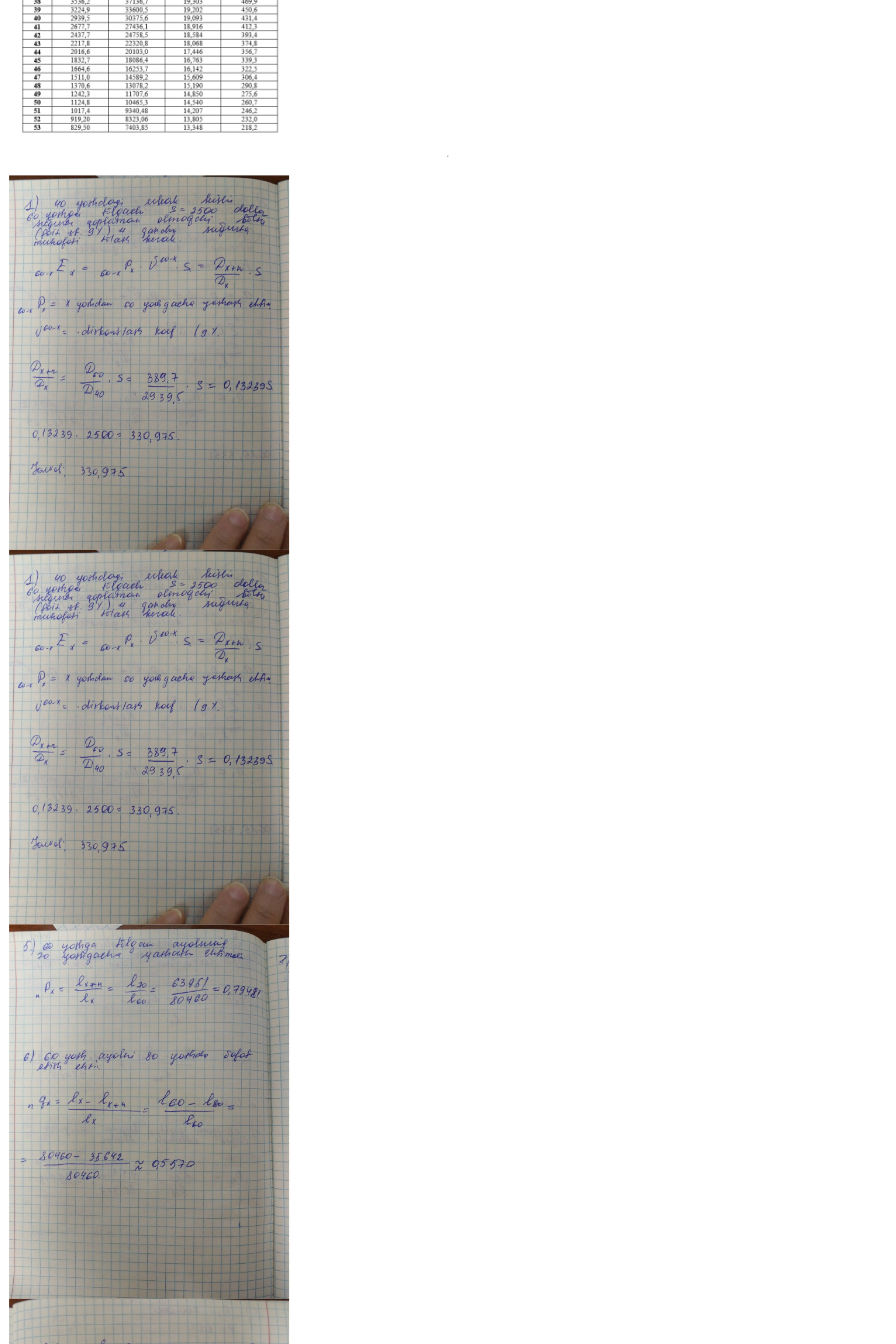
Repository: Ikromkhurozov/exam-inst
Page: index.html
An editor plug-in stored every save of this project. The page is shown before and after the next save, followed by the edit.
The browser window is 1280 px wide. The pictures show the part of the page from y = 1492 to 3412 px (the page is 9245 px tall before and 8728 px after), at 70% of full size.

Above is the page before, as saved 2023-05-26 10:41:00.

### index.html
<!DOCTYPE html>
<html lang="en">
<head>
  <meta charset="UTF-8">
  <meta http-equiv="X-UA-Compatible" content="IE=edge">
  <meta name="viewport" content="width=device-width, initial-scale=1.0">
  <title>Document</title>

  <style>

    body{
      display: flex;
      flex-direction: column;
      padding: 5px;
    }

    img{
      width: 400px;
      height: auto;
    }

  </style>
</head>
<body>

  <img src="/p1.jpg" alt="p1">
  <img src="/p4.jpg" alt="p4">
  <img src="/p2.jpg" alt="p2">
  <img src="/p3.jpg" alt="p3">

  <hr>
  <br>

  <img src="/1.jpg" alt="p1">

  <img src="/1.jpg" alt="p1">
  <img src="/2.jpg" alt="p4">
  <img src="/3.jpg" alt="p2">
  <img src="/4.jpg" alt="p3">
  <img src="/5.jpg" alt="p4">
  <img src="/6.jpg" alt="p2">
  <img src="/7.jpg" alt="p3">
  <img src="/8.jpg" alt="p3">
  <img src="/9.jpg" alt="p3">
  <img src="/10.jpg" alt="p4">
  <img src="/11.jpg" alt="p2">
  <img src="/12.jpg" alt="p3">
  <img src="/13.jpg" alt="p3"




  <script src="./script.js"></script>

</body>
</html>

After the next save:
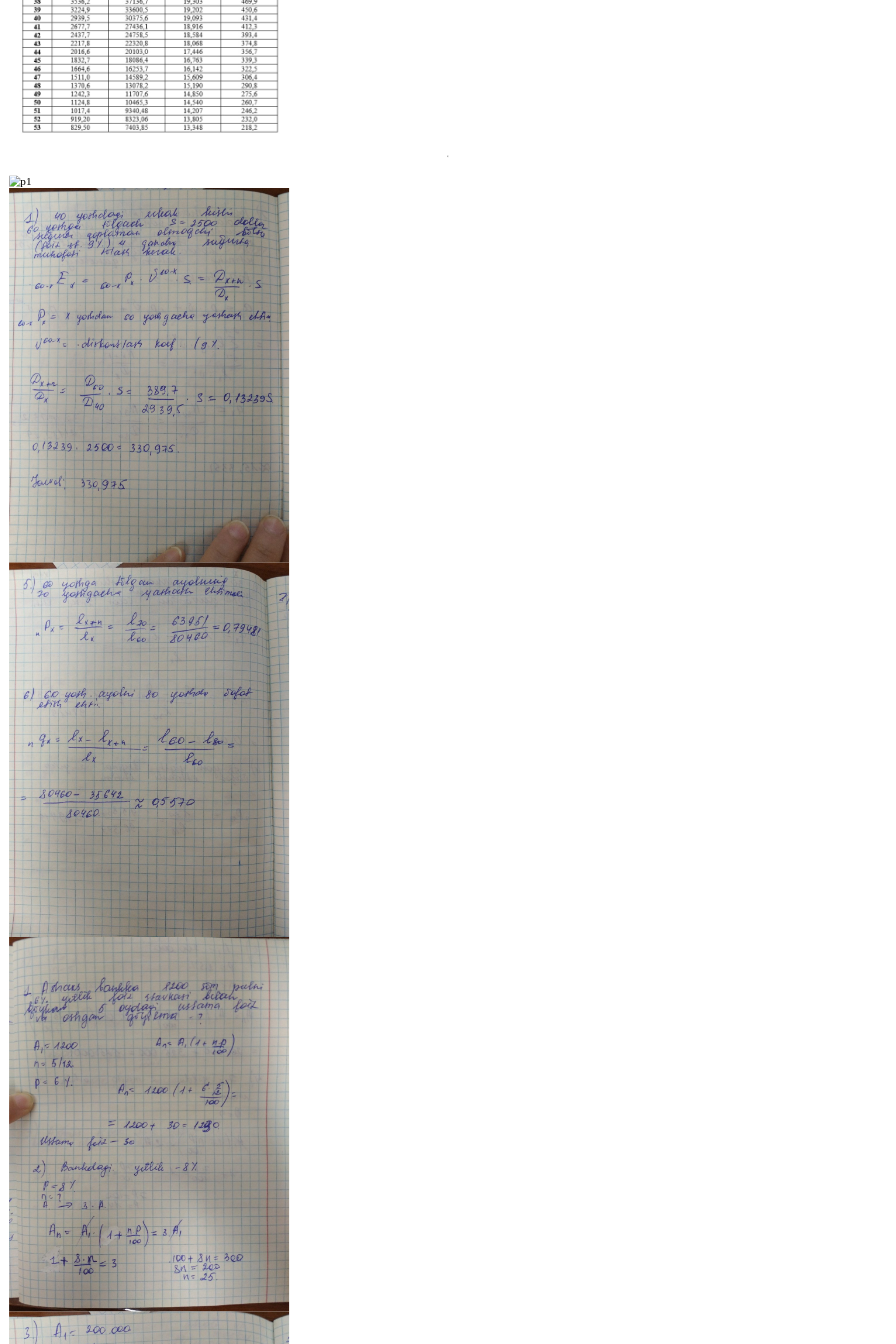
Saved 5 s later.
--- a/index.html
+++ b/index.html
@@ -31,7 +31,7 @@
   <hr>
   <br>
 
-  <img src="/1.jpg" alt="p1">
+  <img src="/" alt="p1">
 
   <img src="/1.jpg" alt="p1">
   <img src="/2.jpg" alt="p4">
